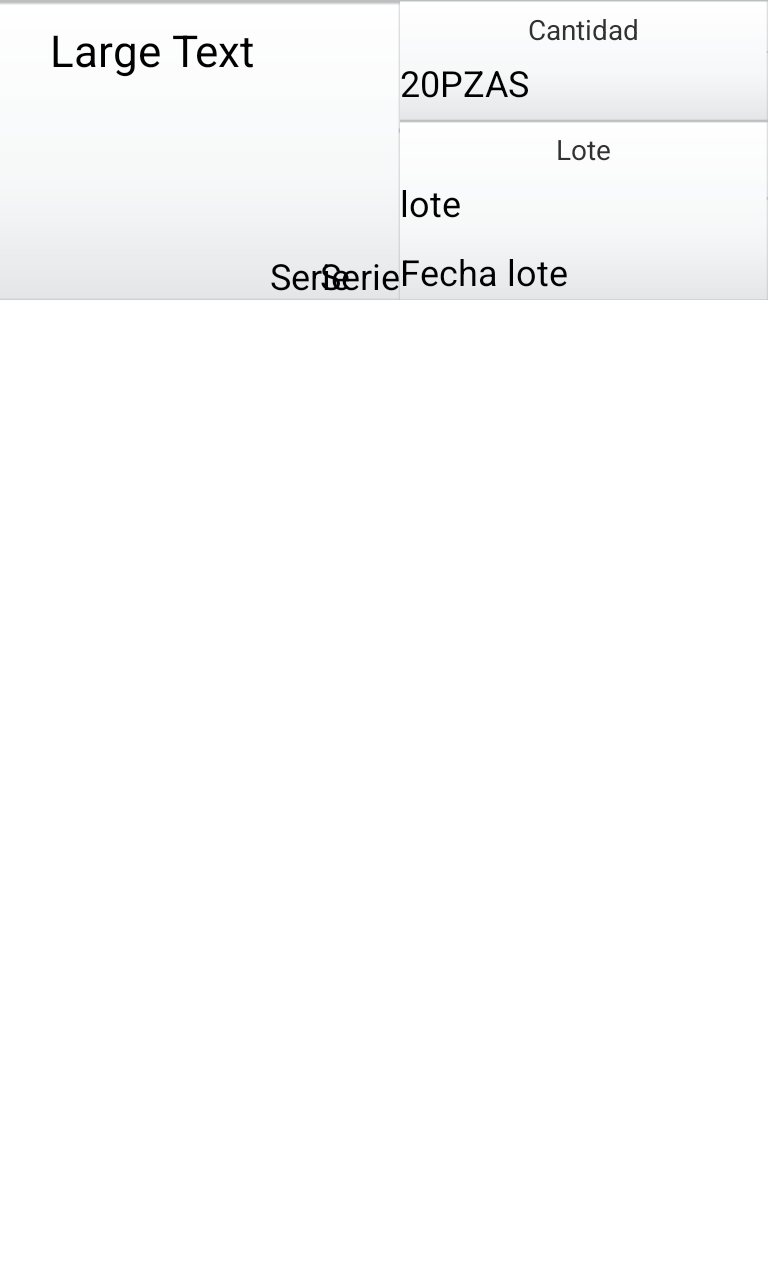
Repository: moynard/PeanutAndroid
Layout: WHSStorekeeper/res/layout/detail_arrivados.xml
An editor plug-in stored every save of this project. The layout is shown before and after the next save, followed by the edit.
It is drawn on a 768 x 1280 px phone screen (xhdpi) without system bars, with theme AppTheme; the app's code is not run.

Above is the layout before, as saved 2013-07-25 00:27:46.

After the next save:
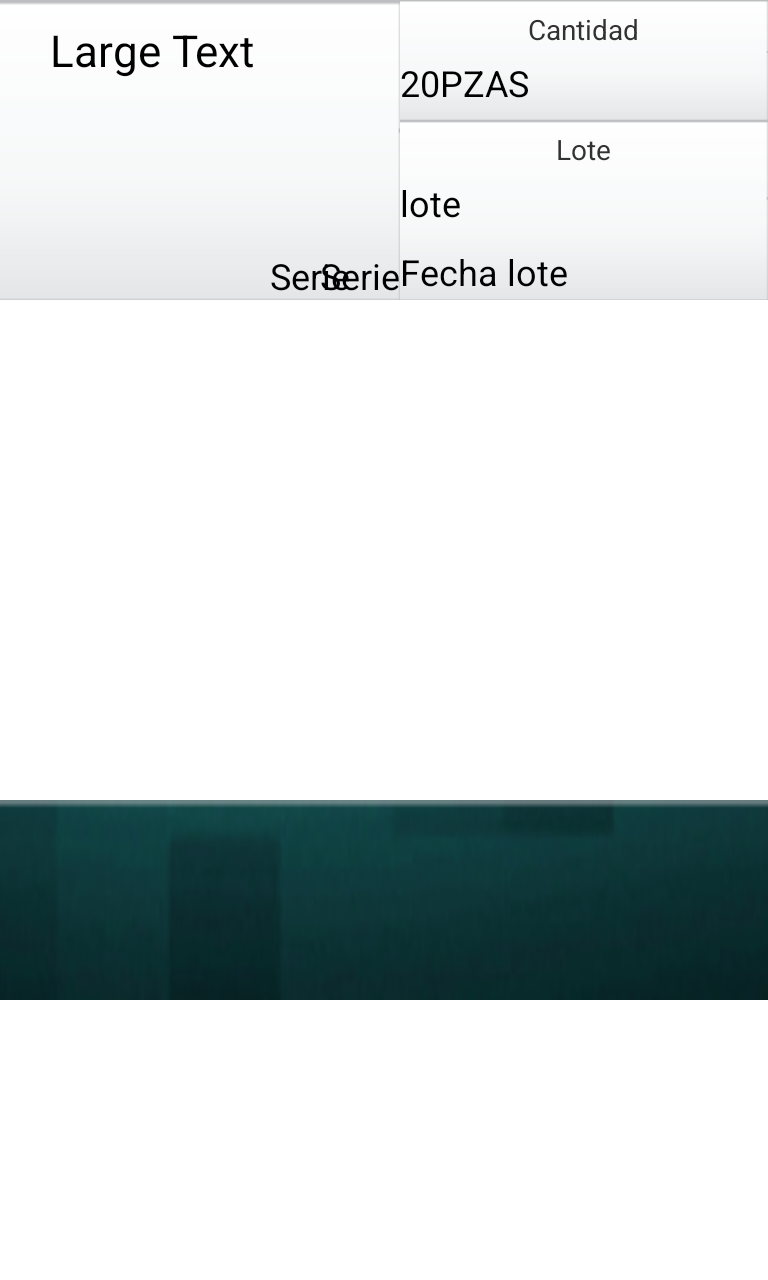
Saved 28 s later.
--- a/WHSStorekeeper/res/layout/detail_arrivados.xml
+++ b/WHSStorekeeper/res/layout/detail_arrivados.xml
@@ -140,6 +140,7 @@
         android:layout_height="100dp"
         android:layout_alignParentLeft="true"
         android:layout_below="@+id/layoutBoton"
+        android:background="@drawable/bgfoot"
          >
     </RelativeLayout>
 
